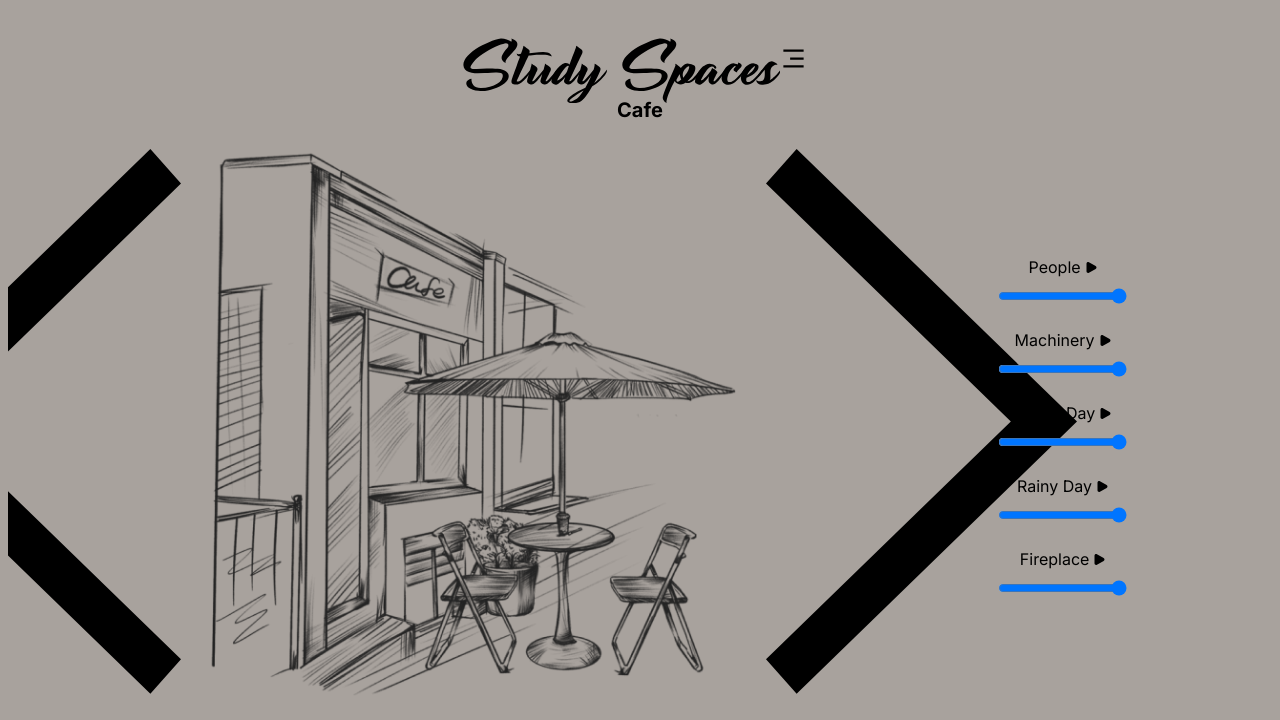
Repository: kaitlynlie/studyspaces
Page: / (app in studyspaces/)
The author's editor kept a copy of each file at every save. The page is drawn from the files as they stood at one save, then again after the next save.
The browser window is 1280 px wide. The pictures show the whole page.
The project was rebuilt for these pictures with package versions that can differ from the ones it lists, and the page was loaded fresh each time. Also part of the build but not shown: studyspaces/vite.config.ts. Imported but missing from the stored project, and not drawn on this page: studyspaces/src/audio/fireplace.wav, studyspaces/src/audio/people.wav, studyspaces/src/audio/rain.wav, studyspaces/src/audio/softmachinery.mp3, studyspaces/src/audio/sun.wav.

Above is the page before, as saved 2023-09-28 23:04:24.

After the next save:
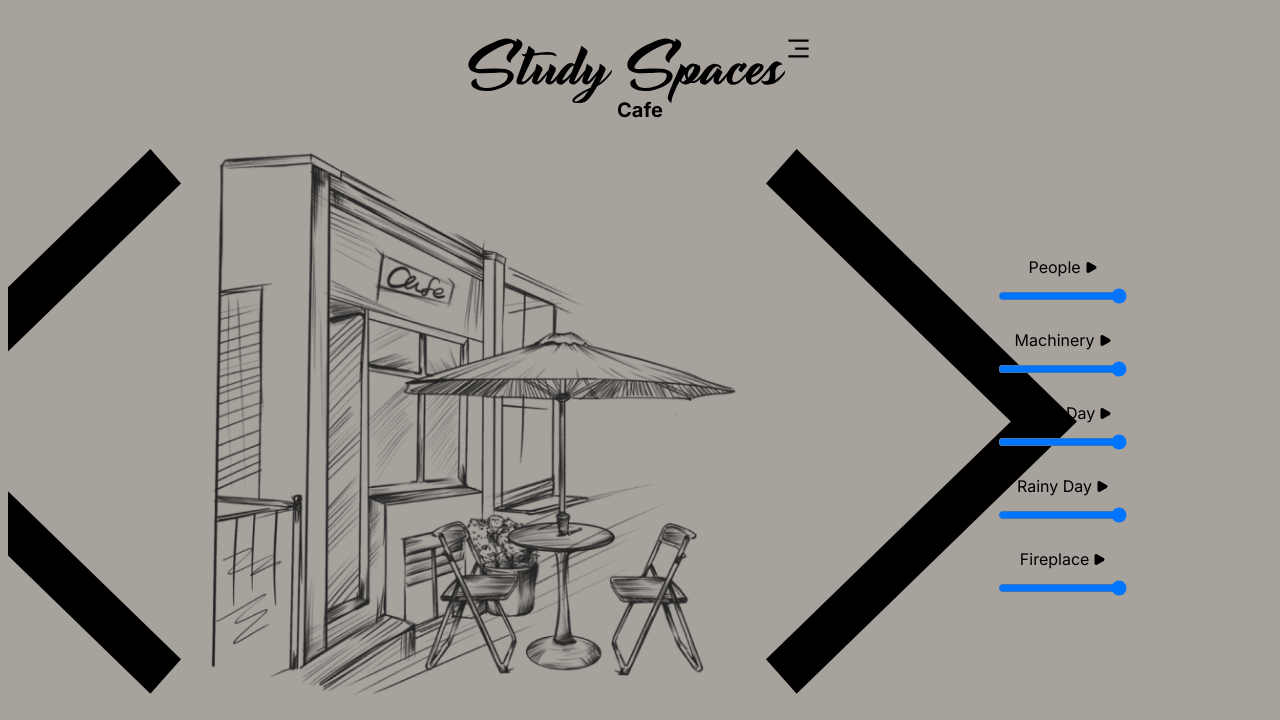
Saved 35 s later.
--- a/studyspaces/src/pages/home.module.scss
+++ b/studyspaces/src/pages/home.module.scss
@@ -20,38 +20,44 @@ body {
             }
           }
           .toggle {
-            color: white;
+            margin-top: -20px;
+            cursor: pointer;
             z-index: 10;
-            margin-right: 10px;
-            .dropdown {
-                margin-top: 1rem;
+            .box {
+              display: flex;
+              justify-content: flex-end;
+              align-items: flex-end;
+              flex-direction: column;
+              text-align: end;
+              background-color: #ffffffc9;
+              padding: 30px;
+              position: absolute;
+              top: 40px;
+              right: 10px;
+              border-radius: 5px;
+              box-shadow: 0 10px 20px 0 rgba(0, 0, 0, 0.5);
+              z-index: 10;
+              .dropdown {
                 display: flex;
                 justify-content: flex-end;
                 align-items: flex-end;
-                text-align: flex-end;
-                background-color: rgba(255, 255, 255, 0.918);
-                position: absolute;
-                top: 50px;
-                right: 10px;
-                border-radius: 5px;
-                z-index: 10;
-                ul {
-                    display: flex;
-                    justify-content: flex-end;
-                    align-items: flex-end;
-                    flex-direction: column;
-                    color: white;
-                    text-align: end;
-                    padding: 1rem 2rem;
-                    a {
-                        color: black;
-                        z-index: 11;
-                        align-self: flex-end;
-                        margin-right: auto;
-                    }
+                flex-direction: column;
+                color: white;
+                text-align: end;
+                padding: 1px;
+                li {
+                  margin-top: 8px;
+                  list-style-type: none;
+                  text-decoration: none;
+                  color: black;
+                  a {
+                    text-decoration: none;
+                    color: black;
+                  }
                 }
-            }
-        }
+              }
+            }
+          }
         }
         h4 {
             text-align: center;
